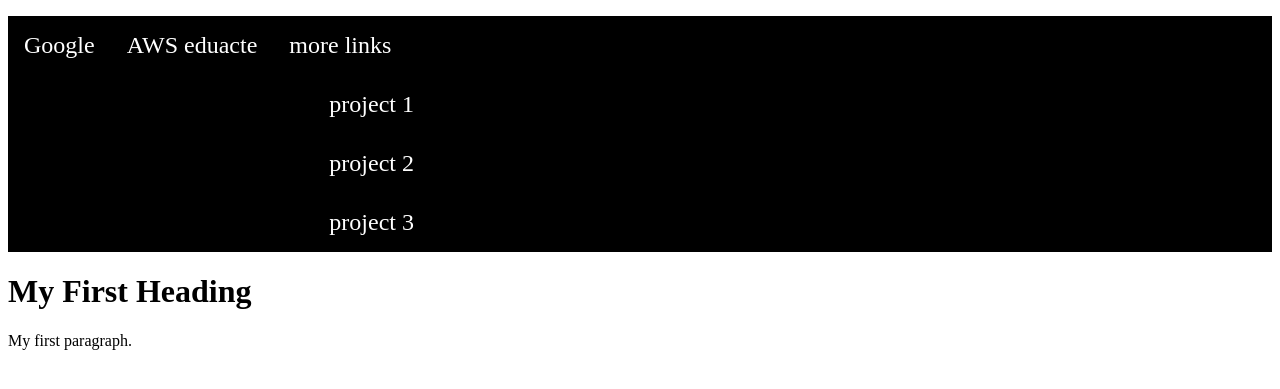
Repository: GoldenCheez/GoldenCheez.github.io
Page: index.html
The author's editor kept a record of every edit. The page is drawn from the files as they stood at one moment, then again after the next edit.
The browser window is 1280 px wide. The pictures show the whole page.

Above is the page before.

### index.html
<!DOCTYPE html>
<html>
<head>
<title>Home</title>
<style>
    .navbar{
        list-style:none;
        background-color:black;
        overflow:hidden;
        padding:0;

    }
    .navbar a, .dropdown div{
       text-decoration:none;
        color: white;
        font-size:24px;
        padding:16px;
        display:inline-block;
    }
    .navbar li{
        float:left;
    }
    .navbar li:hover{
        background-color:pink;

    }
    .dropdown-content{
        list-style:none;
        padding:none;
    }
   .dropdown-content li{
       float:none;
   }
   .dropdown:hover .dropdown-content{


   }




</style>


</head>
<body>




<ul class="navbar">
<li><a href="https://www.google.com">Google </a></li>
<li><a href="http://www.awseducate.com">AWS eduacte</a></li>
<li class="dropdown">
    <div>more links</div>
    <ul class="dropdown-content">
        <li><a href="#">project 1</a></li>
         <li><a href="#">project 2</a></li>
        <li><a href="#">project 3</a></li>


    </ul>

</li>

</ul>


<h1>My First Heading</h1>



<p>My first paragraph.</p>

</body>
</html>

After the next edit:
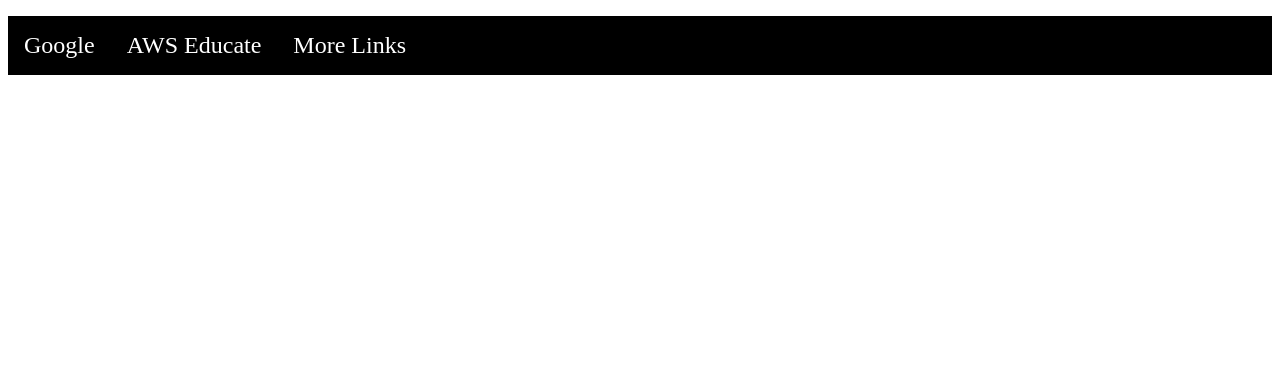
The edit:
--- a/index.html
+++ b/index.html
@@ -1,76 +1,66 @@
 <!DOCTYPE html>
 <html>
-<head>
-<title>Home</title>
-<style>
+  <head>
+  <title>Home</title>
+  <style>
+
     .navbar{
-        list-style:none;
-        background-color:black;
-        overflow:hidden;
-        padding:0;
+      list-style: none;
+      background-color: black;
+      overflow: hidden;
+      padding: 0;
+    }
 
-    }
     .navbar a, .dropdown div{
-       text-decoration:none;
-        color: white;
-        font-size:24px;
-        padding:16px;
-        display:inline-block;
+      text-decoration: none;
+      color: white;
+      font-size: 24px;
+      padding: 16px;
+      display: inline-block;
     }
     .navbar li{
-        float:left;
+      float: left;
     }
+
     .navbar li:hover{
-        background-color:pink;
+      background-color: pink;
+    }
 
+    .dropdown-content{
+      list-style: none;
+      padding: 0;
+      display: none;
+      position:absolute;
+      z-index:1;
+      background-color:black;
     }
-    .dropdown-content{
-        list-style:none;
-        padding:none;
+
+    .dropdown-content li{
+      float:none;
     }
-   .dropdown-content li{
-       float:none;
-   }
-   .dropdown:hover .dropdown-content{
 
+    .dropdown:hover .dropdown-content{
+      display: block;
+    }
 
-   }
+  </style>
 
-
-
-
-</style>
-
-
-</head>
-<body>
-
-
-
-
-<ul class="navbar">
-<li><a href="https://www.google.com">Google </a></li>
-<li><a href="http://www.awseducate.com">AWS eduacte</a></li>
-<li class="dropdown">
-    <div>more links</div>
-    <ul class="dropdown-content">
-        <li><a href="#">project 1</a></li>
-         <li><a href="#">project 2</a></li>
-        <li><a href="#">project 3</a></li>
-
+  </head>
+  <body>
+    <ul class="navbar">
+      <li><a href="https://www.google.com">Google</a></li>
+      <li><a href="http://awseducate.com">AWS Educate</a></li>
+      <li class = "dropdown">
+        <div>More Links</div>
+        <ul class="dropdown-content">
+          <li><a href="#">Project 1</a></li>
+          <li><a href="#">Project 2</a></li>
+          <li><a href="#">Project 3</a></li>
+        </ul>
+      </li>
 
     </ul>
 
-</li>
 
-</ul>
-
-
-<h1>My First Heading</h1>
-
-
-
-<p>My first paragraph.</p>
-
-</body>
+  </body>
 </html>
